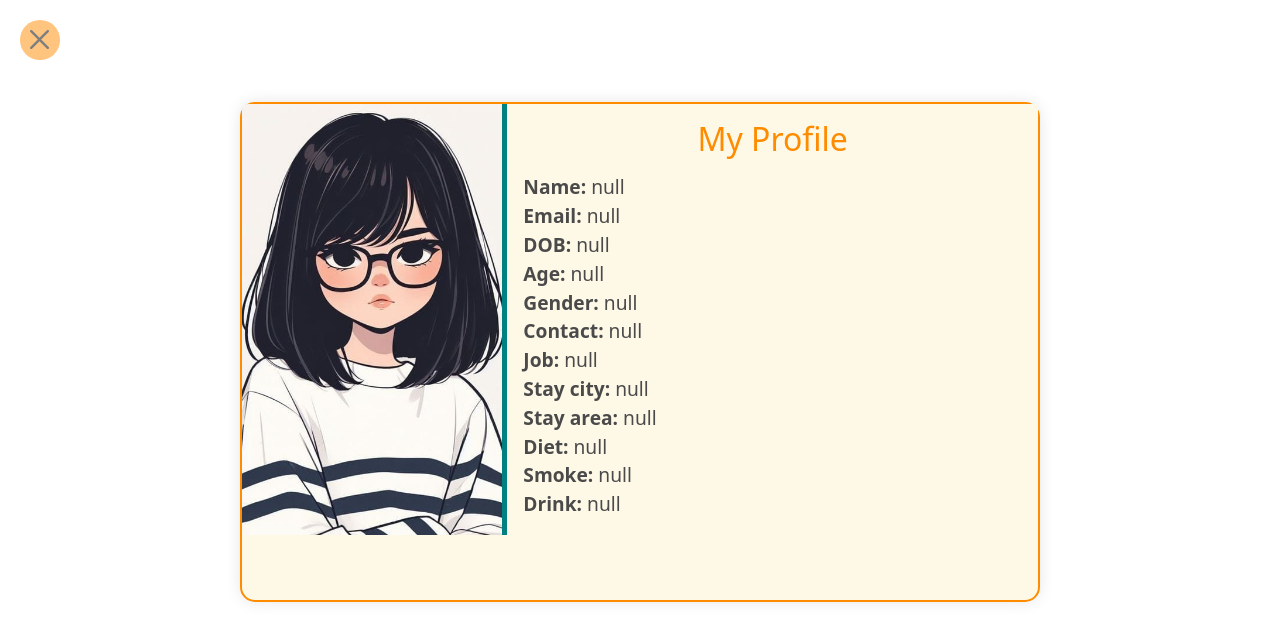
Repository: Sanjana-Inapakolla/Find-your-Roomie-website
Page: http://localhost/MiniProject/Profile.jsp
The author's editor kept a copy of each file at every save. The page is drawn from the files as they stood at one save, then again after the next save.
The browser window is 1280 px wide. The pictures show the whole page.
The page is served by Tomcat 10. Other server files are loaded and not shown. The template is opened directly, without the code that normally fills it, so the values that code supplies are empty.

Above is the page before, as saved 2024-11-13 11:00:55.

### mini-project(jfst)/MiniProject/src/main/webapp/Profile.jsp
<%@ page language="java" contentType="text/html; charset=ISO-8859-1"
    pageEncoding="ISO-8859-1"%>
<!DOCTYPE html>
<html>
<head>
<meta charset="ISO-8859-1">
<title>My Profile</title>
<link href="https://cdn.jsdelivr.net/npm/bootstrap@5.3.3/dist/css/bootstrap.min.css" rel="stylesheet" integrity="sha384-QWTKZyjpPEjISv5WaRU9OFeRpok6YctnYmDr5pNlyT2bRjXh0JMhjY6hW+ALEwIH" crossorigin="anonymous">
<style>
  body {
    background-color: #ffffff; /* Secondary: White background */
    color: #4a4a4a; /* Secondary: Gray for text */
  }

  .custom-card {
    max-width: 800px;
    height: 500px;
    background-color: #fef9e7; /* Light gray for card background */
    border: 2px solid #ff8c00; /* Orange border for the card */
    border-radius: 15px;
    box-shadow: 0 0 15px rgba(0, 0, 0, 0.1); /* Light shadow */
  }

  .card-body {
    font-size: 1.2rem;
    background-color: #fef9e7; /* Light yellow for a soft, vibrant background */

  }

  .card-img {
    width: 100%;
    height: 100%;
    object-fit: cover;
    border-radius: 15px 0 0 15px;
    border-right: 5px solid #008080; /* Teal border separating image */
  }

  .card-title {
    text-align: center;
    font-size: 2rem;
    color: #ff8c00; /* Vibrant orange for title */
    margin-bottom: 15px;
  }

  .card-text {
    color: #4a4a4a; /* Secondary Gray text */
    margin-bottom: 10px;
  }

  .btn-close {
    position: absolute;
    top: 20px;
    left: 20px;
    width: 30px;
    height: 30px;
    background-color: #ff8c00; /* Orange for the close button */
    color: #ffffff; /* White icon */
    font-size: 1.2rem;
    border: none;
    border-radius: 50%;
  }

  .btn-close:hover {
    background-color: #ffcc00; /* Hover effect with yellow */
  }

</style>
</head>
<body class="d-flex justify-content-center align-items-center" style="height: 100vh;">
<%-- <%@ include file="Navbar.jsp" %>--%>
<button type="button" class="btn-close" aria-label="Close" onclick="window.location.href='home.html';"></button>

<% String gender = (String) request.getAttribute("gender"); %>

<div class="card custom-card mb-3">
  <div class="row g-0">
    <div class="col-md-4 d-flex">
      <%-- Conditional image rendering based on gender --%>
      <img src="<%= gender != null && gender.equals("male") ? request.getContextPath() + "/images/user_profile_boy.jpg" : request.getContextPath() + "/images/user_profile.jpg" %>"
           class="img-fluid rounded-start card-img" alt="User Profile Image">
    </div>
    <div class="col-md-8">
      <div class="card-body">
        <h5 class="card-title">My Profile</h5>
        <p class="card-text"><B>Name: </B><%= request.getAttribute("name") %><br>
                             <B>Email: </B><%= request.getAttribute("email")%><br>
                             <B>DOB: </B><%= request.getAttribute("dob") %><br>
                             <B>Age: </B><%= request.getAttribute("age") %><br>
                             <B>Gender: </B><%= request.getAttribute("gender") %><br>
                             <B>Contact: </B><%= request.getAttribute("phone") %><br>
                             <B>Job: </B><%= request.getAttribute("occupation") %><br>
                             <B>Stay city: </B><%= request.getAttribute("city") %><br>
                             <B>Stay area: </B><%= request.getAttribute("area") %><br>
                             <B>Diet: </B><%= request.getAttribute("diet") %><br>
                             <B>Smoke: </B><%= request.getAttribute("smoke") %><br>
                             <B>Drink: </B><%= request.getAttribute("drink") %></p>
      </div>
    </div>
  </div>
</div>
<script src="https://cdn.jsdelivr.net/npm/bootstrap@5.3.3/dist/js/bootstrap.bundle.min.js" integrity="sha384-YvpcrYf0tY3lHB60NNkmXc5s9fDVZLESaAA55NDzOxhy9GkcIdslK1eN7N6jIeHz" crossorigin="anonymous"></script>
</body>
</html>

After the next save:
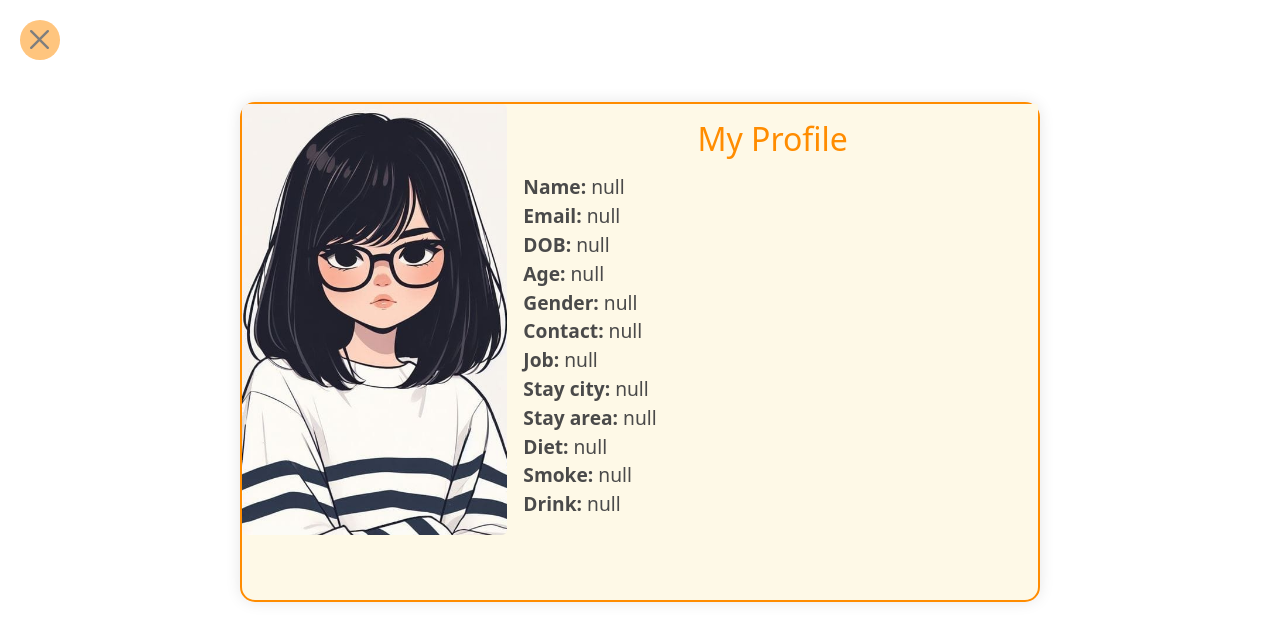
Saved 22 s later.
--- a/mini-project(jfst)/MiniProject/src/main/webapp/Profile.jsp
+++ b/mini-project(jfst)/MiniProject/src/main/webapp/Profile.jsp
@@ -31,8 +31,7 @@
     width: 100%;
     height: 100%;
     object-fit: cover;
-    border-radius: 15px 0 0 15px;
-    border-right: 5px solid #008080; /* Teal border separating image */
+    /* Teal border separating image */
   }
 
   .card-title {
